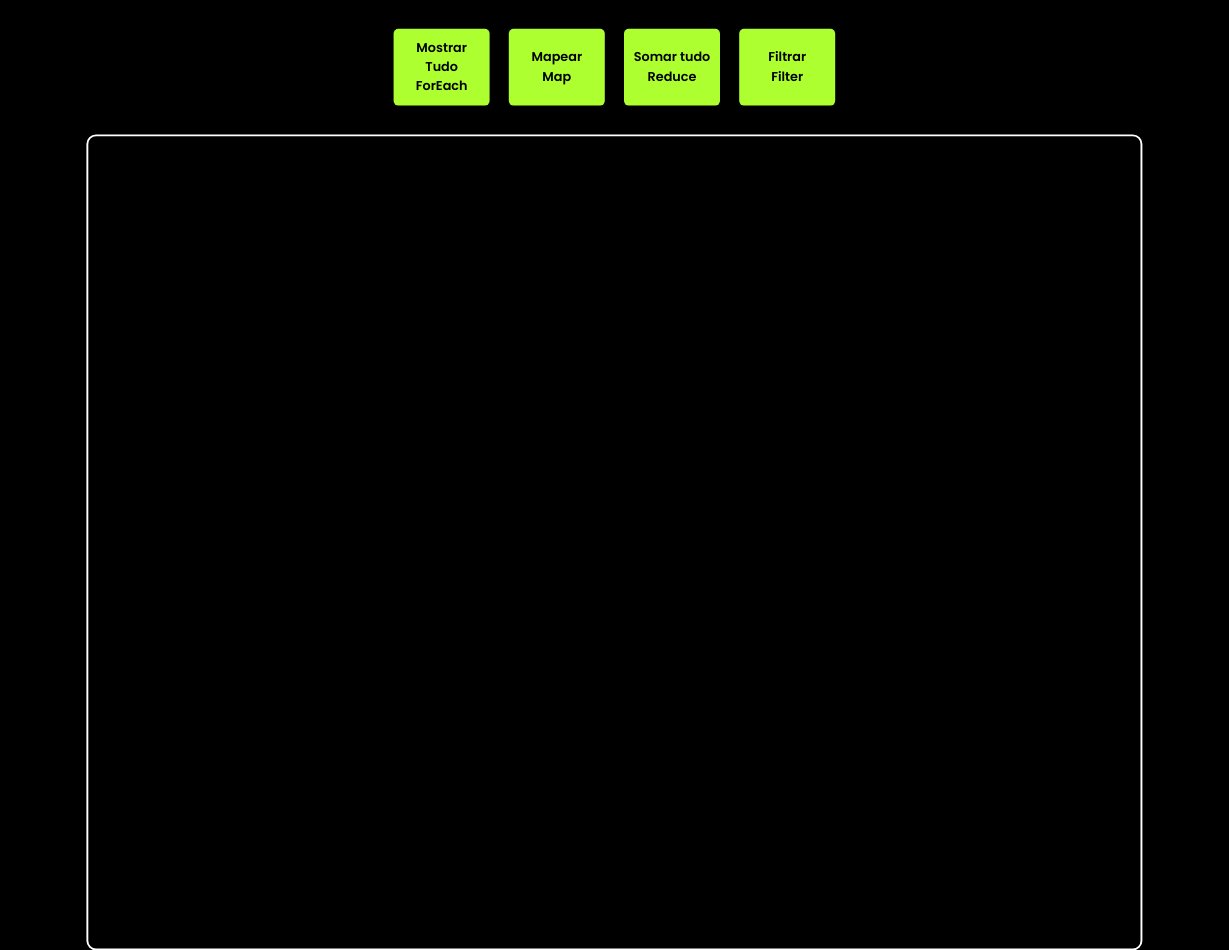
Repository: templaterj1991-Luiz/Main
Page: DevClub/Javascript/DevBurguer/index.html
These files come from the project's save history. The page is drawn as it stood at one moment and after a run of saves; the edit follows.
The browser window is 1280 px wide. The pictures show the whole page, at 96% of full size.
Pictures or frames that could not be fetched are drawn as grey boxes.

Above is the page before, as saved 2026-05-19 18:17:19.

### DevClub/Javascript/DevBurguer/index.html
<!DOCTYPE html>
<html lang="pt-br">
<head>
    <meta charset="UTF-8">
    <meta name="viewport" content="width=device-width, initial-scale=1.0">
    <title>DevBurguer
    </title>
    <link rel="stylesheet" href="style.css">
</head>
<body>
    <div class="conteiner-button">
        <button id="botao1"> Mostrar Tudo <br>ForEach</button>
        <button id="botao2"> Mapear <br>Map</button>
        <button id="botao3"> Somar tudo <br>Reduce</button>
        <button id="botao4"> Filtrar <br>Filter</button>
    </div>

    <div class="borderul" id="mostrartudo">

    <ul>

    </ul>
    </div>



</body>
<script src="products.js"></script>
<script src="javascript.js"></script>
</html>

### DevClub/Javascript/DevBurguer/style.css
@import url('https://fonts.googleapis.com/css2?family=Poppins:wght@300;600&family=Roboto:ital,wght@0,100..900;1,100..900&display=swap');
* {
            margin: 0;
            padding: 0;
            box-sizing: border-box;
            font-family: "Poppins", sans-serif;
        }

img {
   width: 25vh;
   height: 25vh;
   border-radius: 10px;


}
body {
    background-color: black;
}
.conteiner-button {
    margin: 30px 0;
    display: flex;
    justify-content: center;
    align-items: center;
    gap: 20px;
}

button {
    background-color: greenyellow;
    height: 80px;
    width: 100px;
    border: none;
    border-radius: 5px;
    color: black;
    padding: 10px;
    cursor: pointer;
    font-weight: bold;
}

button:hover {
    opacity: 0.8;
}
img:hover {
    opacity: 0.9;
}

ul {
    list-style: none;
    display: grid;
    grid-template-columns: 200px 200px 200px;
    gap: 100px;
    justify-content: center;
    align-items: center;
    margin-top: 100px;
}

p {
    color: white;
    border-radius:15px;
    font-size: 20px;
    font-weight: bold;
    display: flex;
    justify-content: center;
    align-items: center;
}
li {
    border:solid white 2px;
    border-radius: 5px;
    width: 195px;
    padding: 5px;



}
.price {
    color: greenyellow  ;
}
.borderul {
    border: solid white 2px;
    border-radius: 10px;
    width: 1100px;
    height: 850px;
    margin:auto auto;

}
.borderul:hover {
    animation: piscarBordaverde 0.2s infinite alternate;
}

@keyframes piscarBordaverde {
    from {
        border-color: greenyellow;
    }

    to {
        border-color: white;
    }
}
li:hover {
    animation: piscarBorda 0.2s infinite alternate;
}

@keyframes piscarBorda {
    from {
        border-color: red;
    }

    to {
        border-color: white;
    }
}

### DevClub/Javascript/DevBurguer/products.js
const menuOptions = [
    { name: 'X-Salada', price: 30, vegan: false, src: './/Assets/xsalada.jpeg' },
    { name: 'X-Bacon', price: 34, vegan: false, src: './/Assets/xbacon.png' },
    { name: 'X-Bacon Egg', price: 39, vegan: false, src: './/Assets/bacon-egg.png' },
    { name: 'Monstruoso', price: 50, vegan: false, src: './/Assets/monstruoso.png' },
    { name: 'Big Vegano', price: 55, vegan: true, src: './/Assets/xvegan.png' },
    { name: 'X-Vegan', price: 45, vegan: true, src: './/Assets/monstruoso-vegan.png' },
]

### DevClub/Javascript/DevBurguer/javascript.js
const list = document.querySelector("ul")
const buttonshowall = document.querySelector("#botao1")
const buttonmap = document.querySelector("#botao2")

function Showscreen(arrayProduct) {
  let myLi = ''
  arrayProduct.forEach((product) => {
    myLi += `
     <li>
         <img src=${product.src}>
         <p>${product.name}</p>
         <p class="price"> R$ ${product.price}</p>
     </li>
  `

  })
  list.innerHTML = myLi
}
function mapitens() {
  let myLi = ''
  const newprices = menuOptions.map( (product)=> ({
    ...product,
    price:product.price * 0.9
  }
))


 Showscreen(newprices)
}


buttonshowall.addEventListener("click", Showscreen)
buttonmap.addEventListener("click", mapitens)

After the next 3 saves:
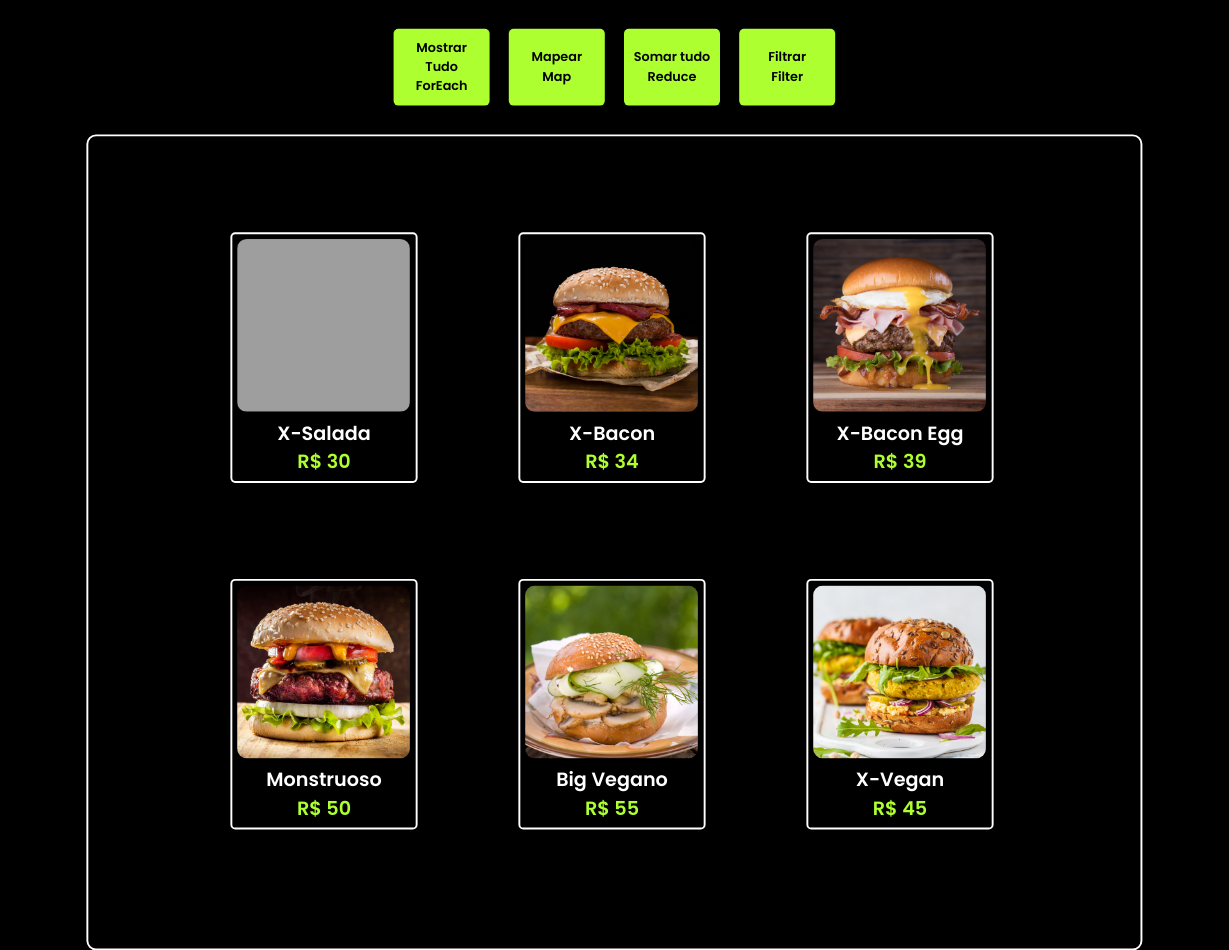
The 3 saves are shown as one change because they came seconds apart.
The last was saved 5 min 8 s later.
--- a/DevClub/Javascript/DevBurguer/javascript.js
+++ b/DevClub/Javascript/DevBurguer/javascript.js
@@ -29,5 +29,5 @@
 }
 
 
-buttonshowall.addEventListener("click", Showscreen)
+buttonshowall.addEventListener("click", Showscreen (menuOptions))
 buttonmap.addEventListener("click", mapitens)

After the 2 saves that followed:
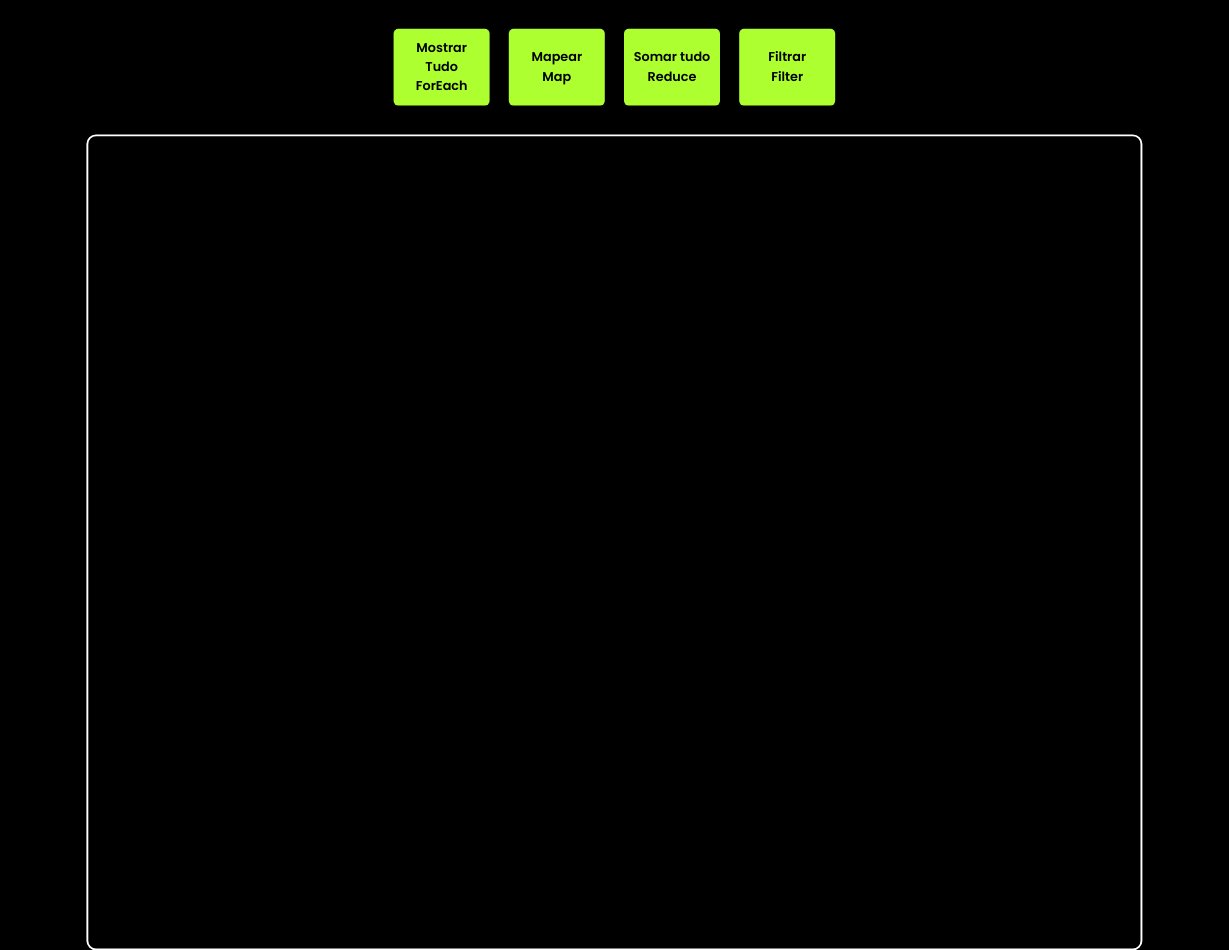
The 2 saves are shown as one change because they came seconds apart.
The last was saved 14 s later.
--- a/DevClub/Javascript/DevBurguer/javascript.js
+++ b/DevClub/Javascript/DevBurguer/javascript.js
@@ -29,5 +29,5 @@
 }
 
 
-buttonshowall.addEventListener("click", Showscreen (menuOptions))
+buttonshowall.addEventListener("click", ()=> Showscreen (menuOptions))
 buttonmap.addEventListener("click", mapitens)
